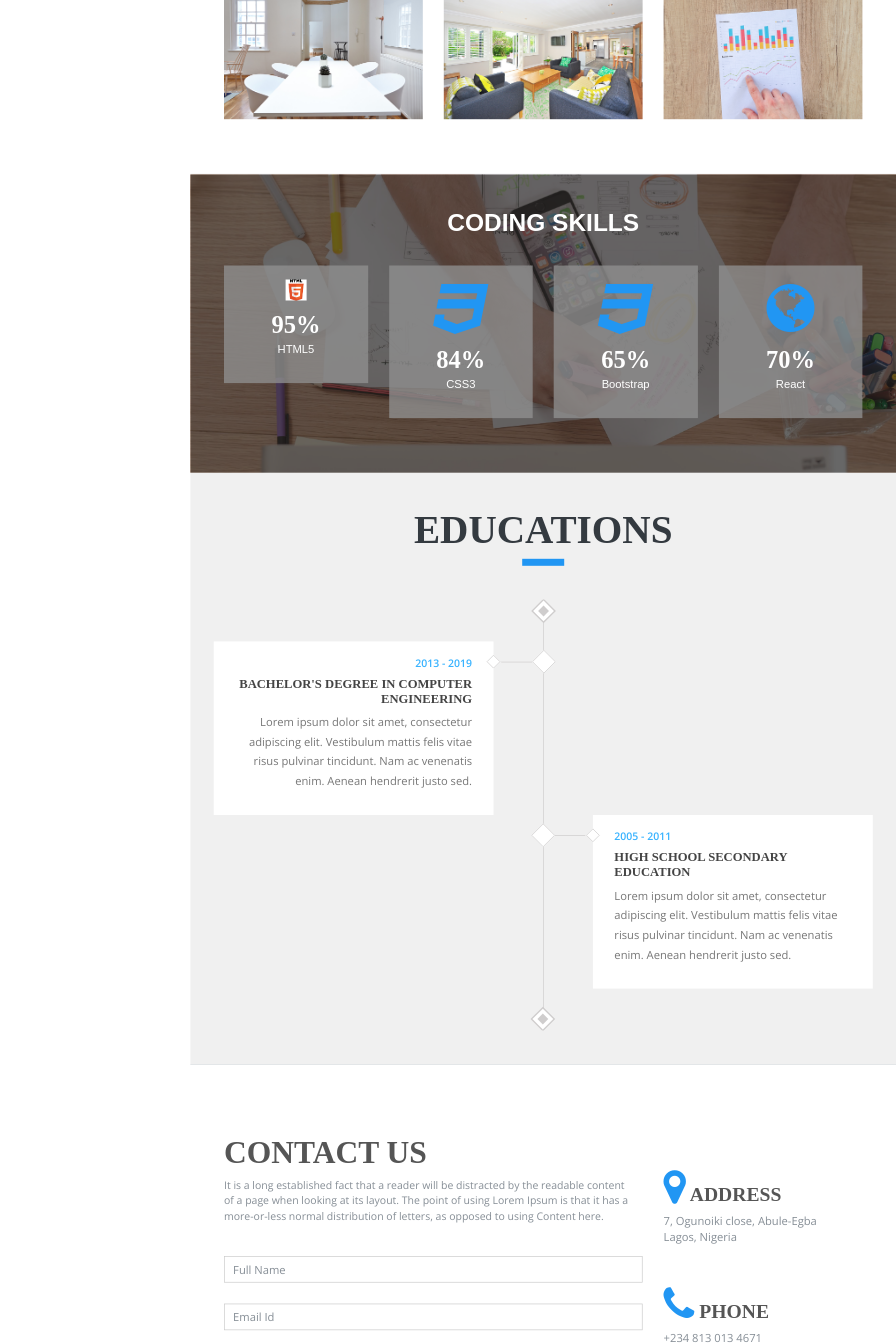
Repository: smit1298/portfolio
Page: index.html
These files come from the project's save history. The page is drawn as it stood at one moment and after a run of saves; the edit follows.
The browser window is 1280 px wide. The pictures show the part of the page from y = 1935 to 3855 px (the page is 4819 px tall before and 4829 px after), at 70% of full size.
Some web fonts or font styles are not loaded; a fallback is used.

Above is the page before, as saved 2021-06-28 18:20:53.

After the next 2 saves:
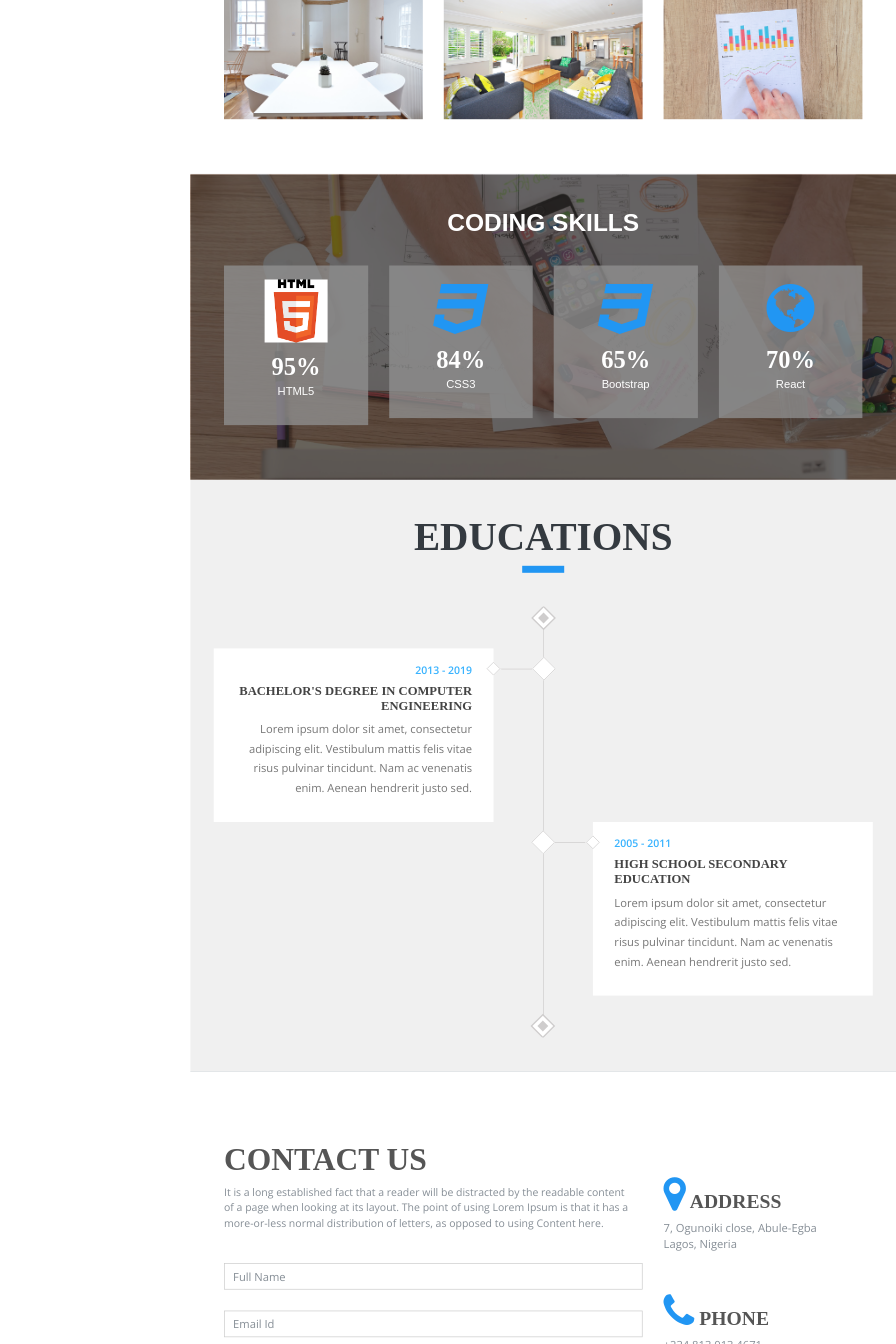
The 2 saves are shown as one change because they came seconds apart.
The last was saved 35 s later.
--- a/index.html
+++ b/index.html
@@ -346,7 +346,7 @@
           <div class="row text-center my-auto">
             <div class="col-md-3 col-sm-6">
               <div class="skill-item">
-                <img src="./img/skills/html.png" style="width: 30px; height: auto;" alt="" />
+                <img src="./img/skills/html.png" style="width: 90px; height: auto;" alt="" />
                 <h2><span class="counter"> 95 </span><span>%</span></h2>
                 <p>HTML5</p>
               </div>
